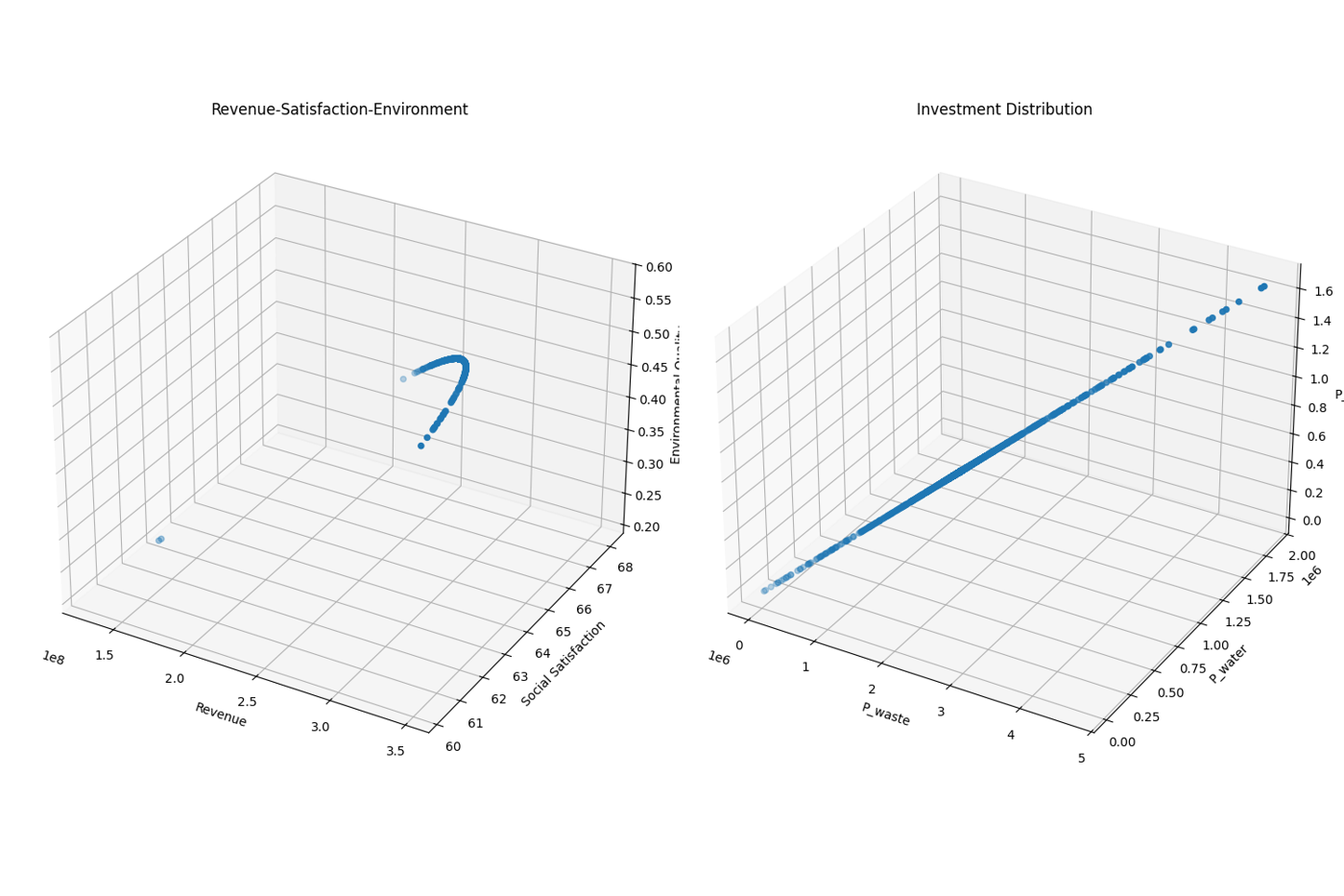
Repository: Kevinye0116/MCM
Script's output: python Coding/trial3.py
The author's editor kept a copy of each file at every save. The script's output is drawn from the files as they stood at one save, then again after the next save.
The pictures are shown at 96% of full size.
Figures wider than 1,400 px are first shrunk to that width. Random numbers start from a fixed seed.

Above is the script's output before, as saved 2025-01-25 23:21:17.

After the next save:
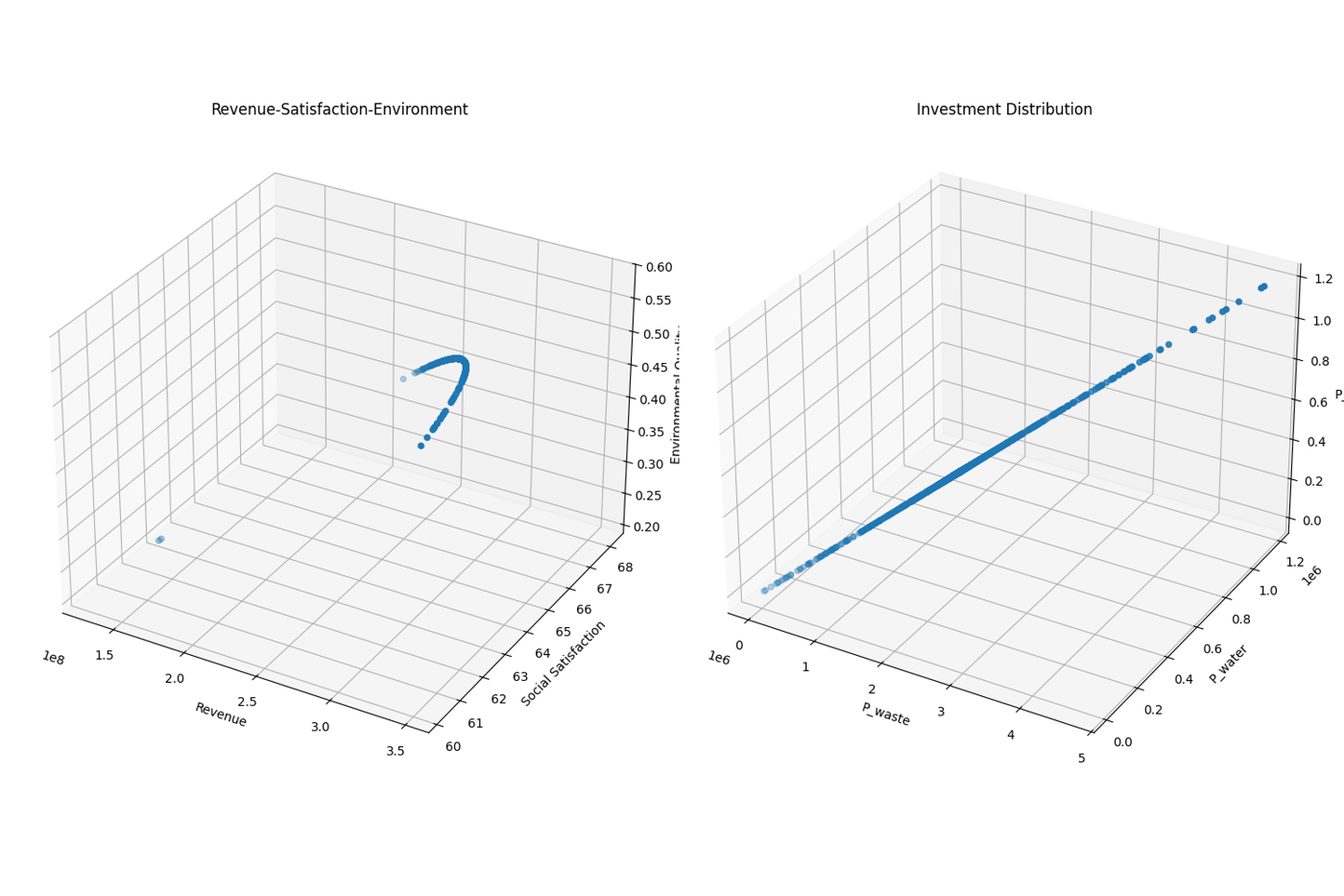
Saved 62 s later.
--- a/Coding/trial3.py
+++ b/Coding/trial3.py
@@ -13,8 +13,8 @@ class TourismOptimization:
         self.k3 = 0.2  # 自然恢复系数
         self.k4 = 0.15  # 基础设施发展系数
         self.k5 = 0.20  # 废物处理投资系数
-        self.k6 = 0.08  # 水资源投资系数
-        self.k7 = 0.07  # 环保投资系数
+        self.k6 = 0.05  # 水资源投资系数
+        self.k7 = 0.05  # 环保投资系数
 
         # 社会满意度参数
         self.a1 = -1.975284171471327e-11  # 游客数量对居民满意度的影响系数
